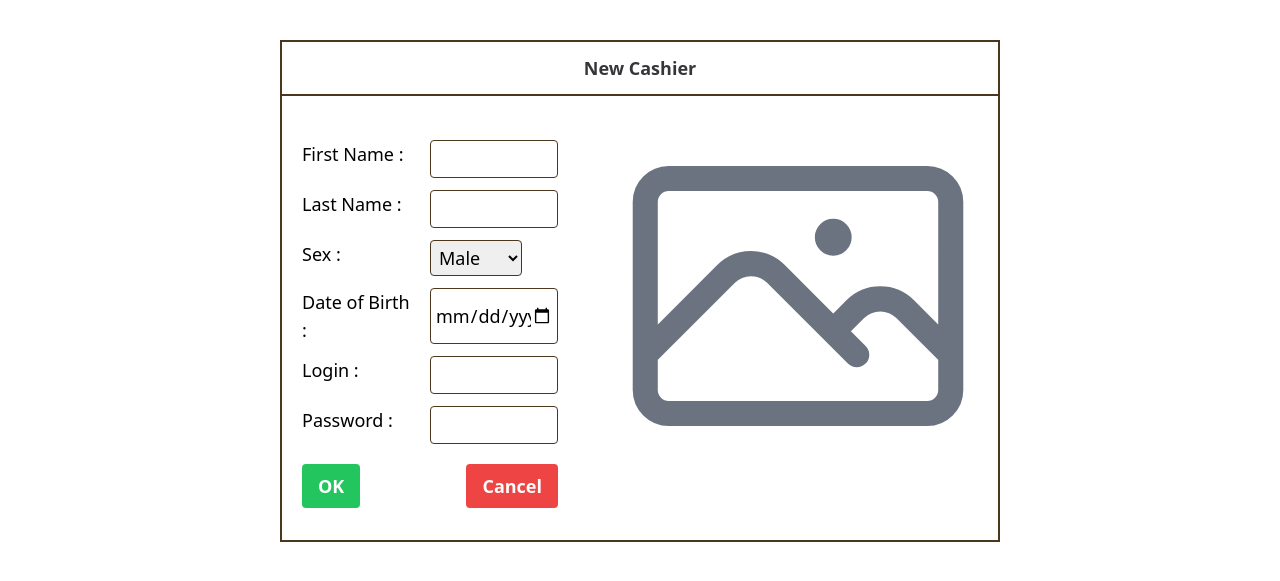
Repository: Dapravith/Midterm-SE-GIC-Cafe-Project-Group16
Page: src/main/resources/templates/addCashier.html
An editor plug-in stored every save of this project. The page is shown before and after the next save, followed by the edit.
The browser window is 1280 px wide. The pictures show the whole page.
Some web libraries are served in a nearby version.

Above is the page before, as saved 2023-05-17 10:27:52.

After the next save:
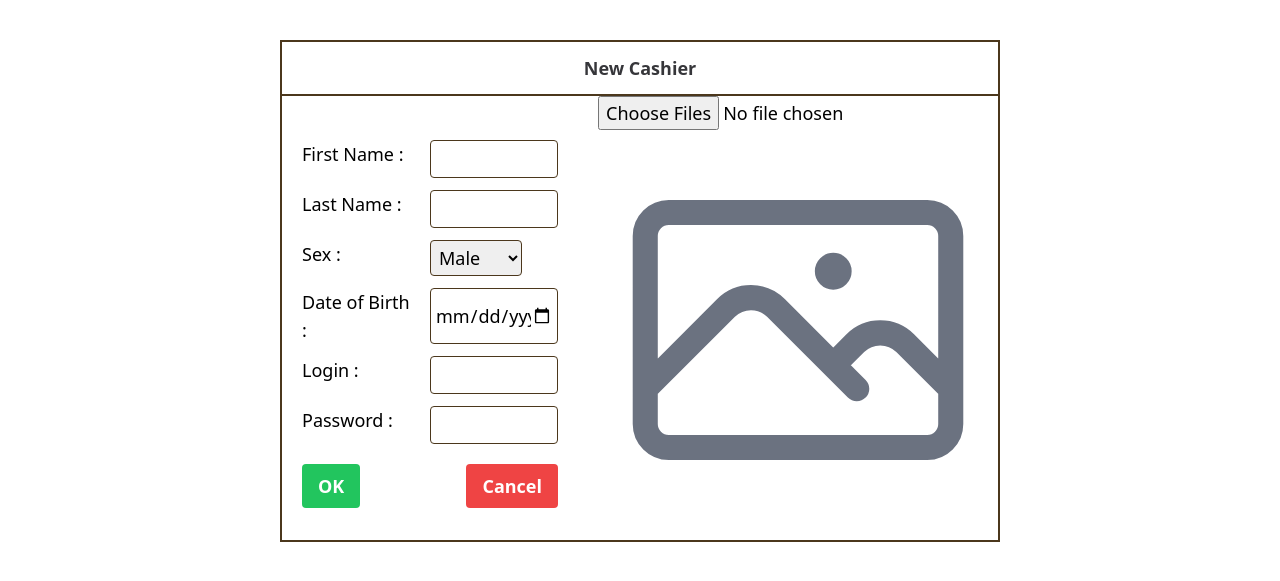
Saved 5 min 55 s later.
--- a/src/main/resources/templates/addCashier.html
+++ b/src/main/resources/templates/addCashier.html
@@ -121,13 +121,9 @@
         </div>
         <div class="ml-5 img">
           <form action="#">
-            <input
-              id="file-input"
-              type="file"
-              name="file"
-              hidden
-              accept="image/*"
-            />
+            <input type="file" id="file-input" multiple />
+            <div id="image-preview"></div>
+
             <label for="file-input" class="cursor-pointer">
               <div
                 id="image-preview"

After the 3 saves that followed:
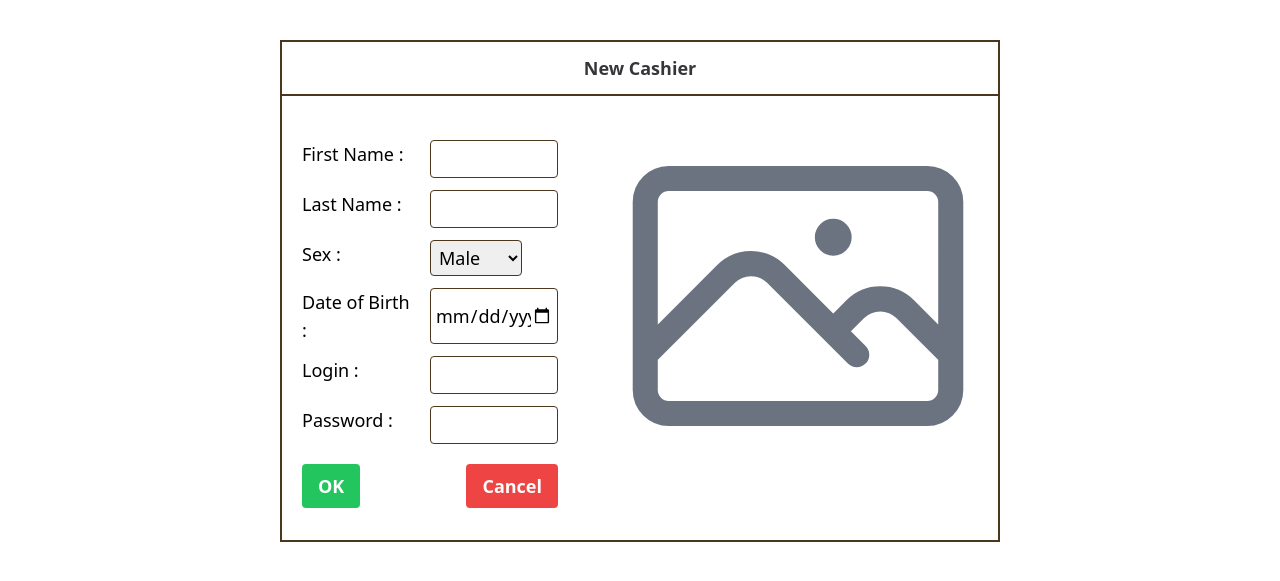
The 3 saves are shown as one change because 2 left the picture as it was.
The last was saved 5 min 38 s later.
--- a/src/main/resources/templates/addCashier.html
+++ b/src/main/resources/templates/addCashier.html
@@ -106,11 +106,13 @@
               </div>
               <div class="flex justify-between mt-5">
                 <button
+                  id="okButton"
                   class="px-4 py-2 font-bold text-white bg-green-500 rounded hover:bg-green-700"
                 >
                   OK
                 </button>
                 <button
+                  id="cancelButton"
                   class="px-4 py-2 font-bold text-white bg-red-500 rounded hover:bg-red-700"
                 >
                   Cancel
@@ -121,9 +123,13 @@
         </div>
         <div class="ml-5 img">
           <form action="#">
-            <input type="file" id="file-input" multiple />
-            <div id="image-preview"></div>
-
+            <input
+              id="file-input"
+              type="file"
+              name="file"
+              hidden
+              accept="image/*"
+            />
             <label for="file-input" class="cursor-pointer">
               <div
                 id="image-preview"
@@ -146,8 +152,47 @@
               </div>
             </label>
           </form>
+          <div id="file-name" class="mt-2 text-sm text-gray-600"></div>
         </div>
       </div>
     </div>
+    <script>
+      // Get elements
+      const fileInput = document.getElementById("file-input");
+      const imagePreview = document.getElementById("image-preview");
+      const fileName = document.getElementById("file-name");
+
+      // Add event listener to file input
+      fileInput.addEventListener("change", (e) => {
+        const file = e.target.files[0];
+        if (file) {
+          // Display file name
+          fileName.textContent = file.name;
+
+          // Read the uploaded file as a data URL
+          const reader = new FileReader();
+          reader.onload = (event) => {
+            imagePreview.style.backgroundImage = `url('${event.target.result}')`;
+          };
+          reader.readAsDataURL(file);
+        }
+      });
+
+      // Add event listener to Cancel button
+      const cancelButton = document.getElementById("cancelButton");
+      cancelButton.addEventListener("click", (e) => {
+        e.preventDefault();
+        // Perform cancel operation
+        console.log("Cancel button clicked");
+      });
+
+      // Add event listener to OK button
+      const okButton = document.getElementById("okButton");
+      okButton.addEventListener("click", (e) => {
+        e.preventDefault();
+        // Perform OK operation
+        console.log("OK button clicked");
+      });
+    </script>
   </body>
 </html>
